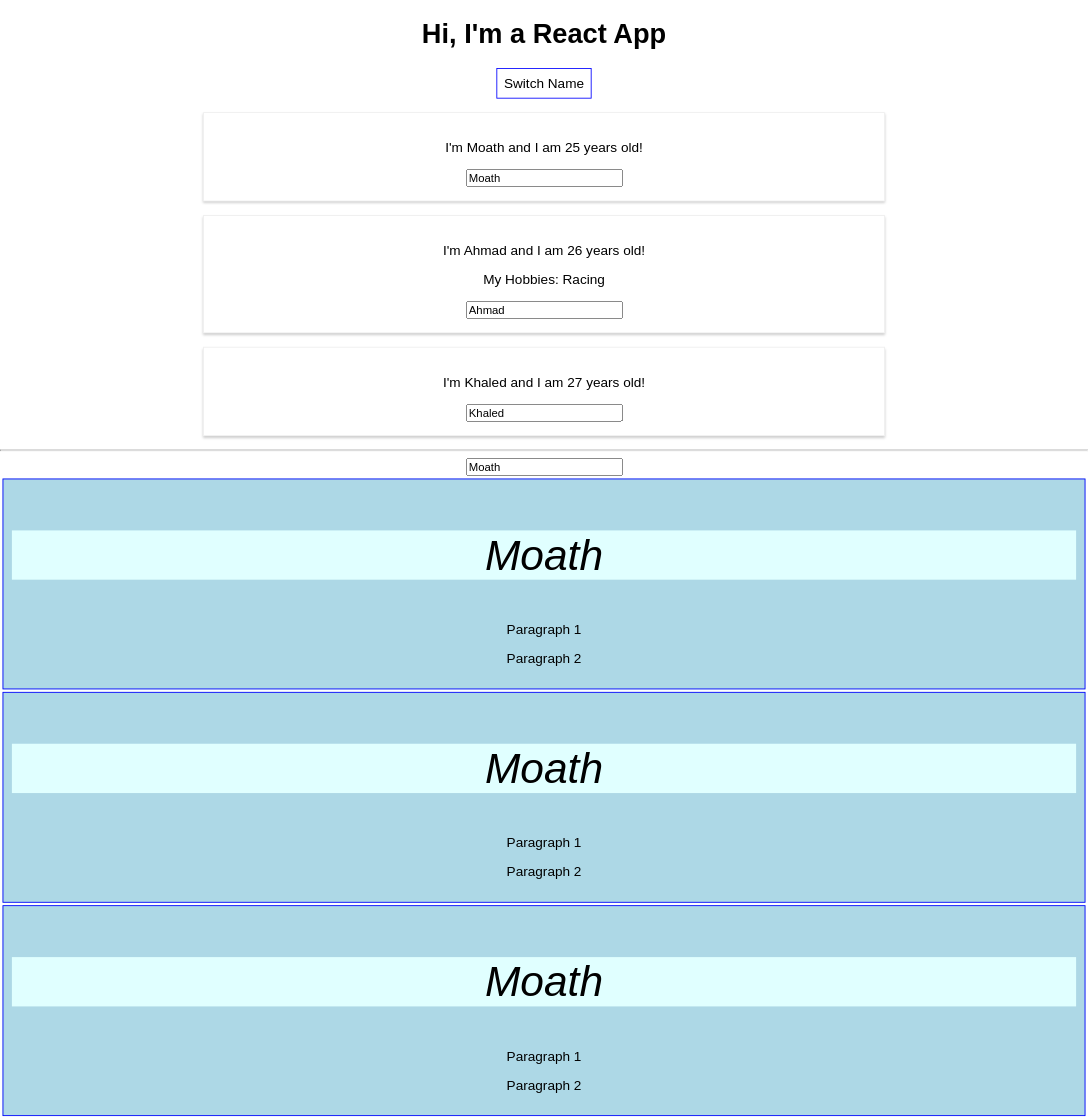
Repository: MuathYHKefayah/React-Basics
Page: /
These files come from the project's save history. The page is drawn as it stood at one moment and after the next save; the edit follows.
The browser window is 1280 px wide. The pictures show the whole page, at 85% of full size.
The project was rebuilt for these pictures with package versions that can differ from the ones it lists, and the page was loaded fresh each time.

Above is the page before, as saved 2020-12-12 10:26:51.

### src/App.js
import React, { Component } from 'react';
import './App.css';
import Person from './Person/Person';
import UserInput from './UserInput/UserInput';
import UserOutput from './UserOutput/UserOutput';

class App extends Component {
  state = {
     persons: [
       { name:'Moath', age: 25},
       { name:'Ahmad', age: 26},
       { name:'Khaled', age: 27},
     ],
     username: "Moath"
  }

  switchNameHandler  = (newName, newAge) => {
    //Don't Do This: this.state.persons[0].name = "Max";
    this.setState({
      persons: [
        { name:newName, age: 25},
        { name:'Ahmad', age: 26},
        { name:'Khaled', age: newAge},
      ]
    })
  }

  nameChangedHandler = (event) => {
    this.setState({
      persons: [
        { name:'Moath', age: 25},
        { name: event.target.value, age: 26},
        { name:'Khaled', age: 27},
      ]
    })
  }

  usernameChangedHandelr = (event) => {
    this.setState({
      username: event.target.value
    })
  }

  render() {
    const style = {
      backgroundColor: 'white',
      font: 'inherit',
      border: '1px solid blue',
      padding: '8px',
      cursor: 'pointer'
    };

    return (
      // jsx \\ write html code in js file
      <div className="App">
        <h1>Hi, I'm a React App</h1>
        <button
          style={style}
          onClick={() => this.switchNameHandler('Moath!!', 30)}>Switch Name</button>
        <Person name={this.state.persons[0].name} age={this.state.persons[0].age}/>
        <Person
          name={this.state.persons[1].name}
          age={this.state.persons[1].age}
          click={this.switchNameHandler.bind(this, 'Moath!', 40)}
          changed={this.nameChangedHandler}
          >My Hobbies: Racing</Person>
        <Person name={this.state.persons[2].name} age={this.state.persons[2].age}/>
        <hr/>
        <UserInput
          name={this.state.username}
          changed={this.usernameChangedHandelr}/>

        <UserOutput name={this.state.username}/>
        <UserOutput name={this.state.username}/>
        <UserOutput name={this.state.username}/>

      </div>
    );
    //return React.createElement('div', {className: 'App'} , React.createElement('h1', null , 'Hi, I\'m a React App !!!' ))
  }
}

export default App;

### src/Person/Person.js
import React from 'react';
import './Person.css';

const person = (props) => {
    return (
        <div className="Person">
            <p onClick={props.click}>I'm {props.name} and I am {props.age} years old!</p>
            <p>{props.children}</p>
            <input type="text" onChange={props.changed} value={props.name}/>
        </div>
    )
};

export default person;

### src/UserInput/UserInput.js
import React, { Component } from 'react';


class UserInput extends Component{
    render(){
        return(
            <div className="UserInput">
                <input
                    type="text"
                    onChange={this.props.changed}
                    value={this.props.name}/>
            </div>

        );
    }
}

export default UserInput;

### src/UserOutput/UserOutput.js
import React, { Component } from 'react';
import './UserOutput.css'

class UserOutput extends Component {

    render(){
        const style = {
            backgroundColor: 'lightcyan',
            fontStyle: 'oblique',
            fontSize: '50px'
        };
        return(
            <div className="UserOutput">
                <p style={style}>{this.props.name}</p>
                <p>Paragraph 1</p>
                <p>Paragraph 2</p>
            </div>
        );
    }
}

export default UserOutput;

### src/UserOutput/UserOutput.css
.UserOutput{
    border: 1px solid blue;
    padding: 10px;
    background-color: lightblue;
    margin: 3px;
}

Loaded but not shown: public/index.html (common file); src/index.js (common file); src/index.css (common file); src/registerServiceWorker.js (common file); src/App.css (common file); src/Person/Person.css (common file)

After the next save:
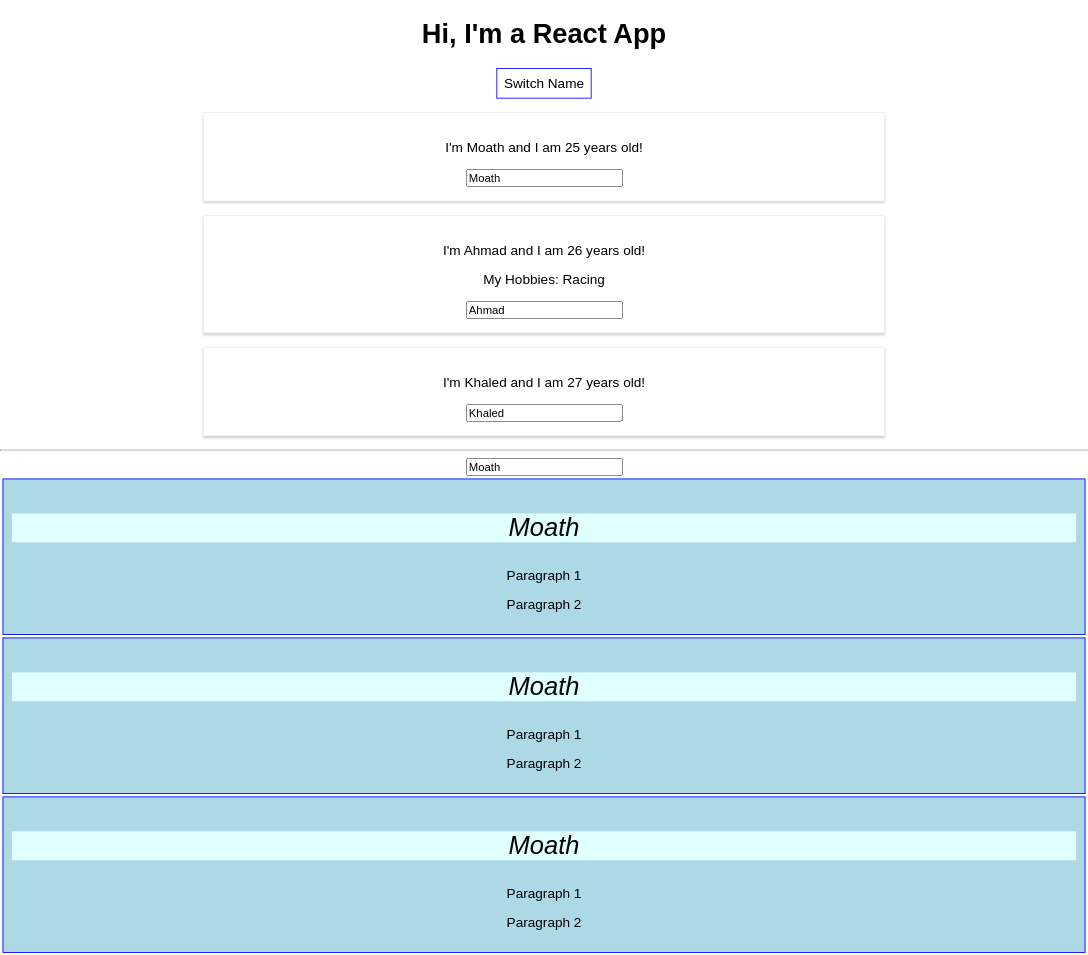
Saved 5 s later.
--- a/src/UserOutput/UserOutput.js
+++ b/src/UserOutput/UserOutput.js
@@ -7,7 +7,7 @@ class UserOutput extends Component {
         const style = {
             backgroundColor: 'lightcyan',
             fontStyle: 'oblique',
-            fontSize: '50px'
+            fontSize: '30px'
         };
         return(
             <div className="UserOutput">
